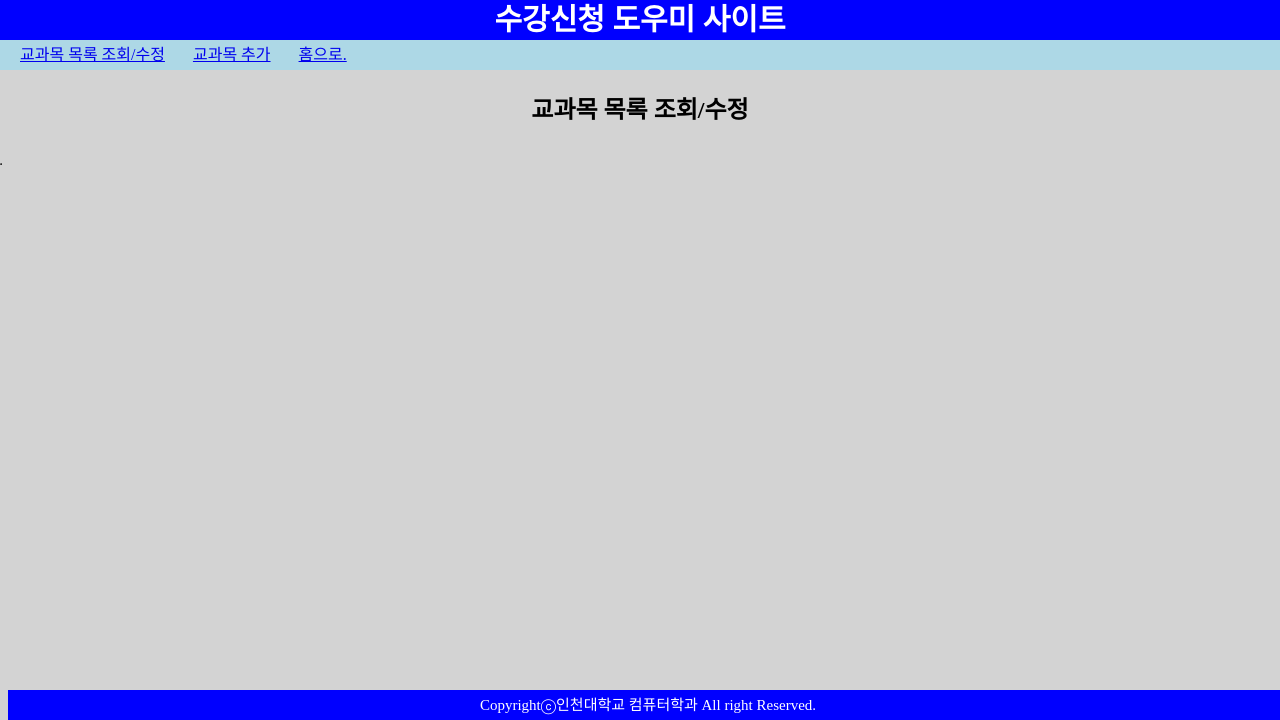
Repository: leesuyeon116/HRD_2
Page: http://localhost/HRD_0419/list.jsp
The author's editor kept a copy of each file at every save. The page is drawn from the files as they stood at one save, then again after the next save.
The browser window is 1280 px wide. The pictures show the whole page.
The page is served by Tomcat 9. Other server files are loaded and not shown.

Above is the page before, as saved 2024-04-22 00:40:33.

### HRD_0419/src/main/webapp/list.jsp
<%@ page language="java" contentType="text/html; charset=UTF-8"
	pageEncoding="UTF-8"%>
<!DOCTYPE html>
<html>
<head>
<meta charset="UTF-8">
<title>list</title>
</head>
<body>
	<jsp:include page="header.jsp"></jsp:include>
	<section
		style="position: fixed; top: 70px; left: 0px; width: 100%; height: 100%; background-color: lightgray">
		<h2 style="text-align: center;">
			<b>교과목 목록 조회/수정</b>
		</h2>
		<br>
		<form style="">
			<table border="1">

			</table>


		</form>
	</section>
	<jsp:include page="footer.jsp"></jsp:include>

</body>
</html>

### HRD_0419/src/main/webapp/header.jsp
<%@ page language="java" contentType="text/html; charset=UTF-8" pageEncoding="UTF-8"%>
<!DOCTYPE html>
<html>
<head>
    <meta charset="UTF-8">
    <title>header</title>
</head>
<body>
    <header style="position: fixed; top: 0px; left: 0px; width: 100%; height: 40px; line-height: 40px;
        background-color: blue; color: white; text-align: center; font-size: 30px">
        <b>수강신청 도우미 사이트</b>
    </header>

    <nav style="position: fixed; top: 40px; left: 0px; width: 100%; height: 30px; line-height: 30px;
        background-color: lightblue; color: white; padding-left: 20px">
        <a href="list.jsp">교과목 목록 조회/수정</a> &nbsp; &nbsp; &nbsp;
        <a href="insert.jsp">교과목 추가</a> &nbsp; &nbsp; &nbsp;
        <a href="index.jsp">홈으로.</a> &nbsp; &nbsp; &nbsp;
    </nav>
</body>
</html>

### HRD_0419/src/main/webapp/footer.jsp
<%@ page language="java" contentType="text/html; charset=UTF-8" pageEncoding="UTF-8"%>
<!DOCTYPE html>
<html>
<head>
    <meta charset="UTF-8">
    <title>footer</title>
</head>
<body>
    <footer style="position: fixed; bottom: 0px; width: 100%; height: 30px; background-color: blue; color: white;
        text-align: center; line-height: 30px; font-size: 15px;">
        Copyrightⓒ인천대학교 컴퓨터학과 All right Reserved.
    </footer>
</body>
</html>

After the next save:
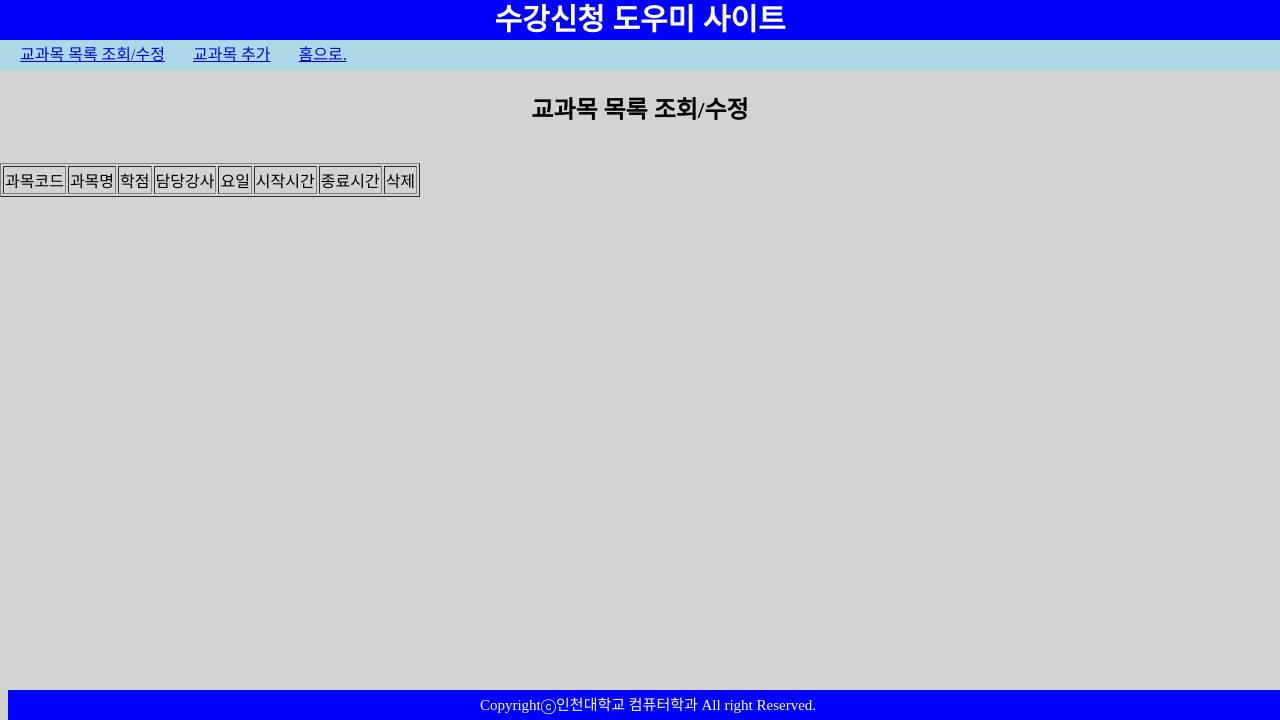
Saved 107 s later.
--- a/HRD_0419/src/main/webapp/list.jsp
+++ b/HRD_0419/src/main/webapp/list.jsp
@@ -16,10 +16,17 @@
 		<br>
 		<form style="">
 			<table border="1">
-
+				<tr>
+					<td>과목코드</td>
+					<td>과목명</td>
+					<td>학점</td>
+					<td>담당강사</td>
+					<td>요일</td>
+					<td>시작시간</td>
+					<td>종료시간</td>
+					<td>삭제</td>
+				</tr>
 			</table>
-
-
 		</form>
 	</section>
 	<jsp:include page="footer.jsp"></jsp:include>
